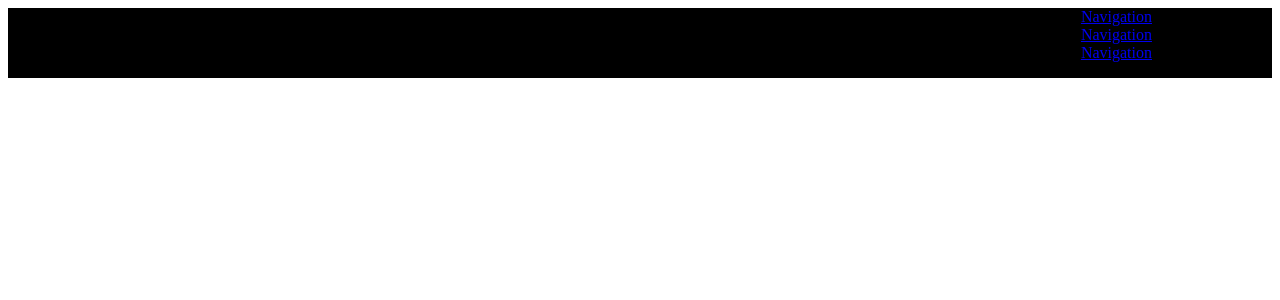
Repository: piotrokrutniak/Projekt-Studia
Page: index.html
The author's editor kept a copy of each file at every save. The page is drawn from the files as they stood at one save, then again after the next save.
The browser window is 1280 px wide. The pictures show the whole page.

Above is the page before, as saved 2023-03-04 02:15:58.

After the next save:
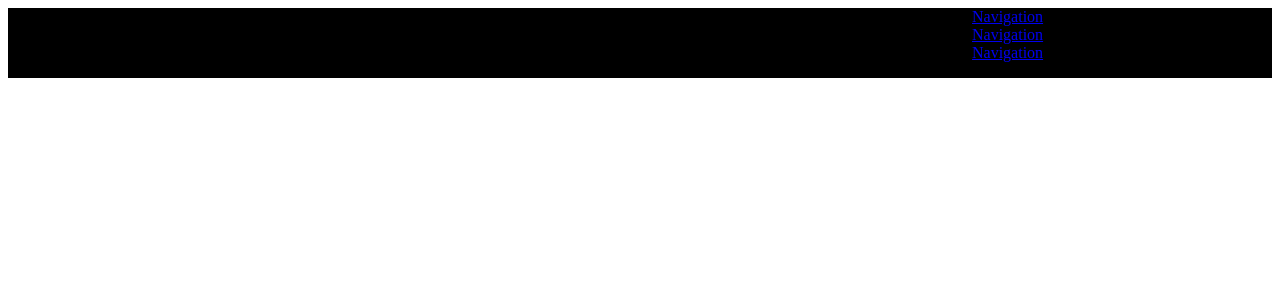
Saved 3 min 4 s later.
--- a/styles.css
+++ b/styles.css
@@ -18,3 +18,8 @@
     position: sticky;
     top: 0;
 }
+
+.navigation{
+    display: grid;
+    grid-template-columns: minmax(70px, 180px);
+}
